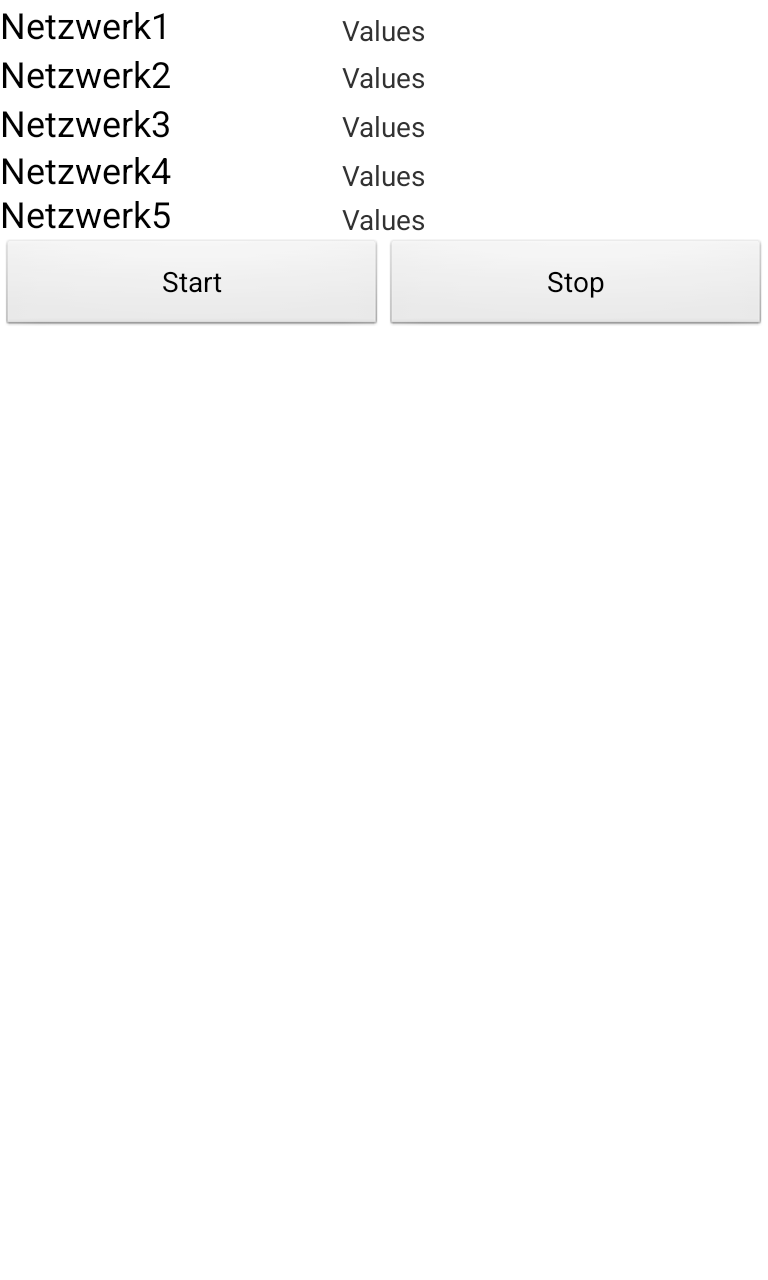
Repository: agejku/Embedded-Systems
Layout: Positionsensor/res/layout/main.xml
These files come from the project's save history. The layout is drawn as it stood at one moment and after the next save; the edit follows.
It is drawn on a 768 x 1280 px phone screen (xhdpi) without system bars, with theme AppTheme; the app's code is not run.

Above is the layout before, as saved 2014-04-23 11:55:28.

After the next save:
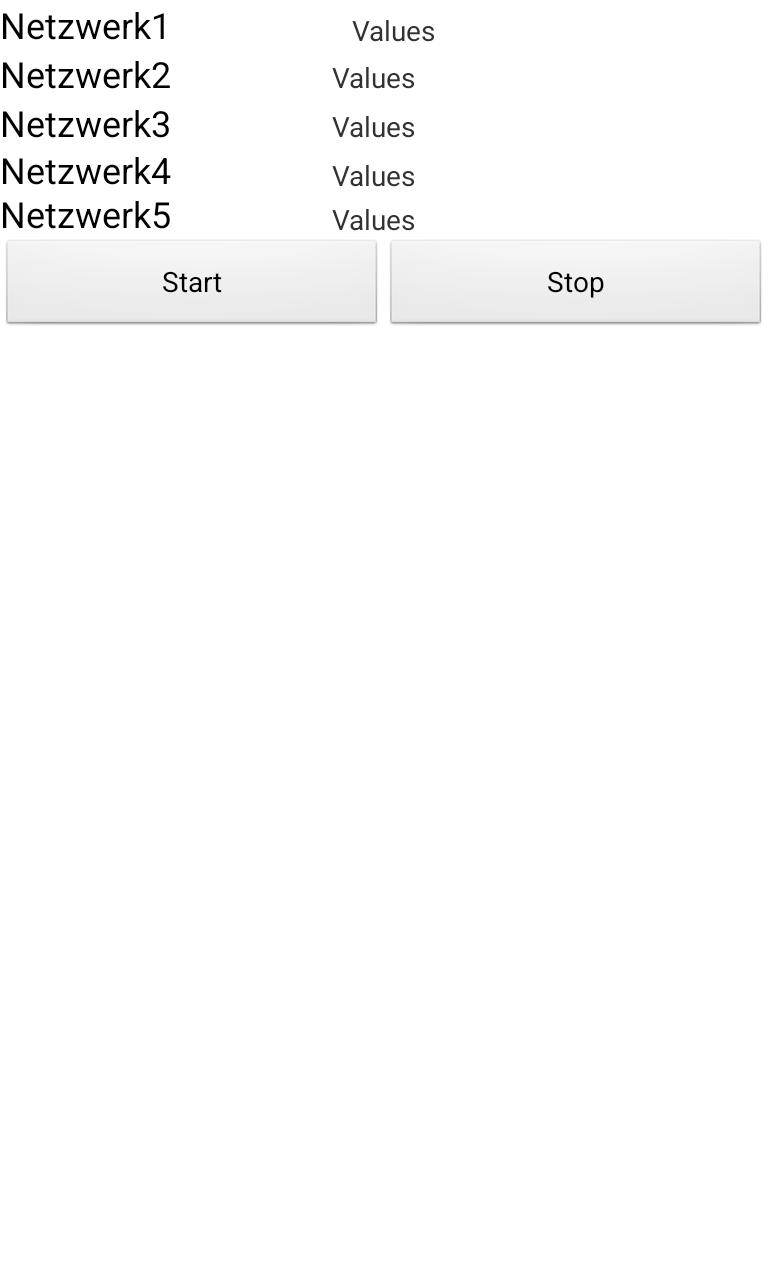
Saved 51 s later.
--- a/Positionsensor/res/layout/main.xml
+++ b/Positionsensor/res/layout/main.xml
@@ -47,6 +47,7 @@
         android:layout_height="wrap_content"
         android:layout_above="@+id/network2"
         android:layout_centerHorizontal="true"
+        android:paddingLeft="10dp"
         android:text="@string/start_rssi" />
 
     <TextView
